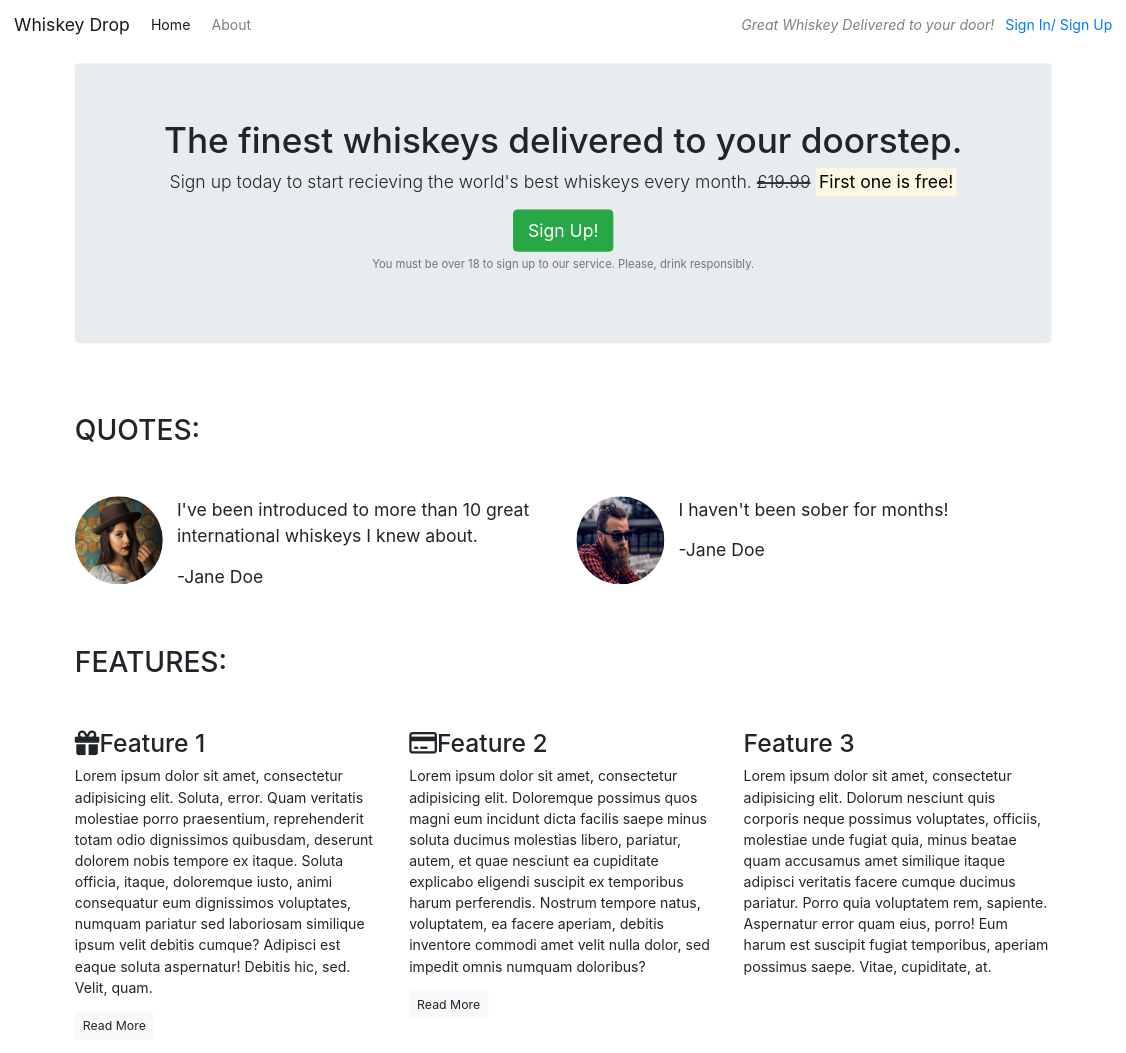
Repository: Leannald13/whiskey-project
Page: index.html
The author's editor kept a record of every edit. The page is drawn from the files as they stood at one moment, then again after the next edit.
The browser window is 1280 px wide. The pictures show the whole page, at 88% of full size.
Some web libraries are served in a nearby version.

Above is the page before.
Console error: TypeError: Cannot read properties of undefined (reading 'fn')

After the next edit:
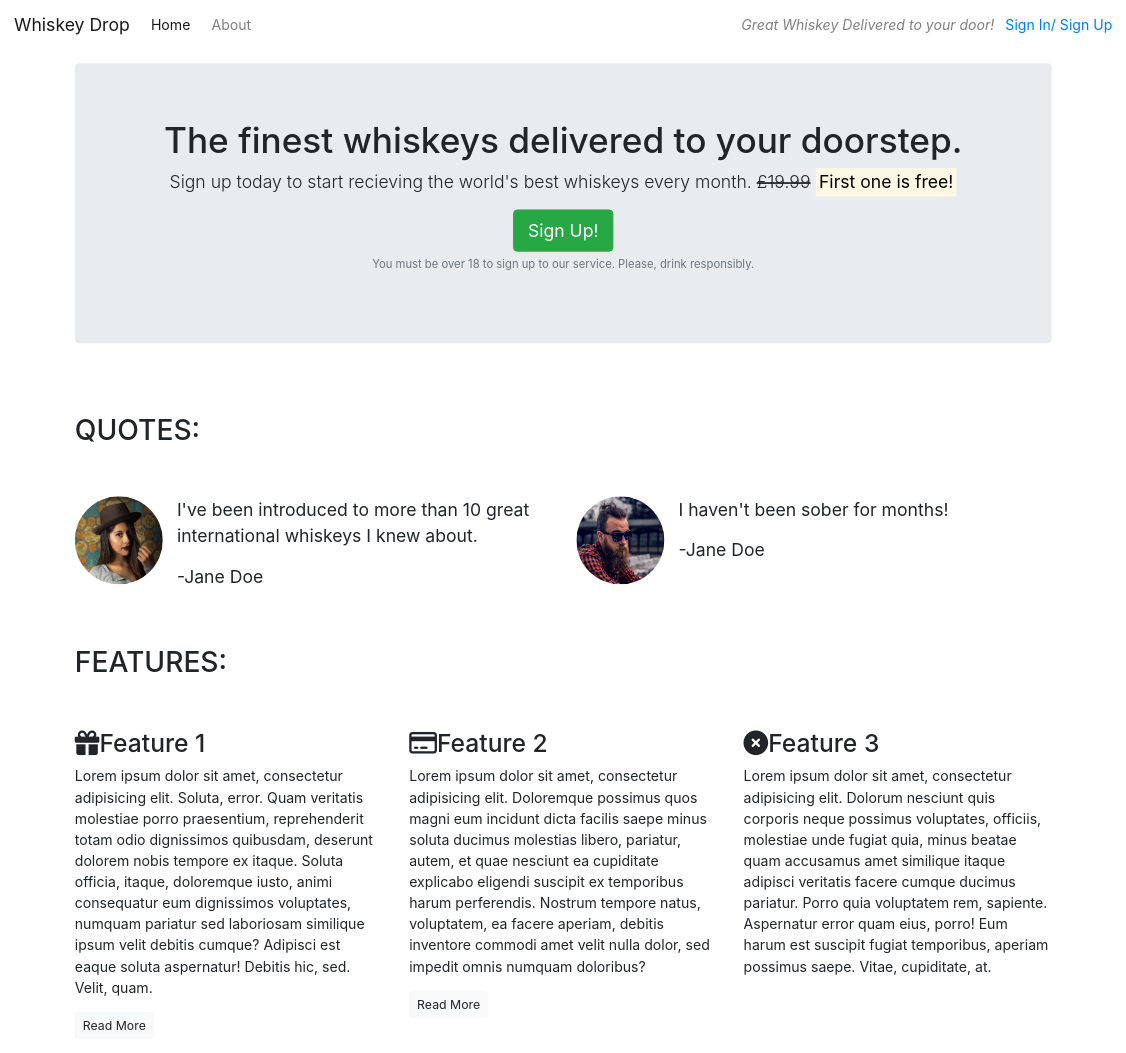
The edit:
--- a/index.html
+++ b/index.html
@@ -98,7 +98,7 @@
                 </div>
                 <div class="col-12 d-md-none d-lg-block col-lg-4">
                     <div class="feature">
-                        <h3>Feature 3</h3>
+                        <h3><i class="fas fa-times-circle"></i>Feature 3</h3>
                         <p>Lorem ipsum dolor sit amet, consectetur adipisicing elit. Dolorum nesciunt quis corporis neque possimus voluptates, officiis, molestiae unde fugiat quia, minus beatae quam accusamus amet similique itaque adipisci veritatis facere
                             cumque ducimus pariatur. Porro quia voluptatem rem, sapiente. Aspernatur error quam eius, porro! Eum harum est suscipit fugiat temporibus, aperiam possimus saepe. Vitae, cupiditate, at.</p>
                     </div>
